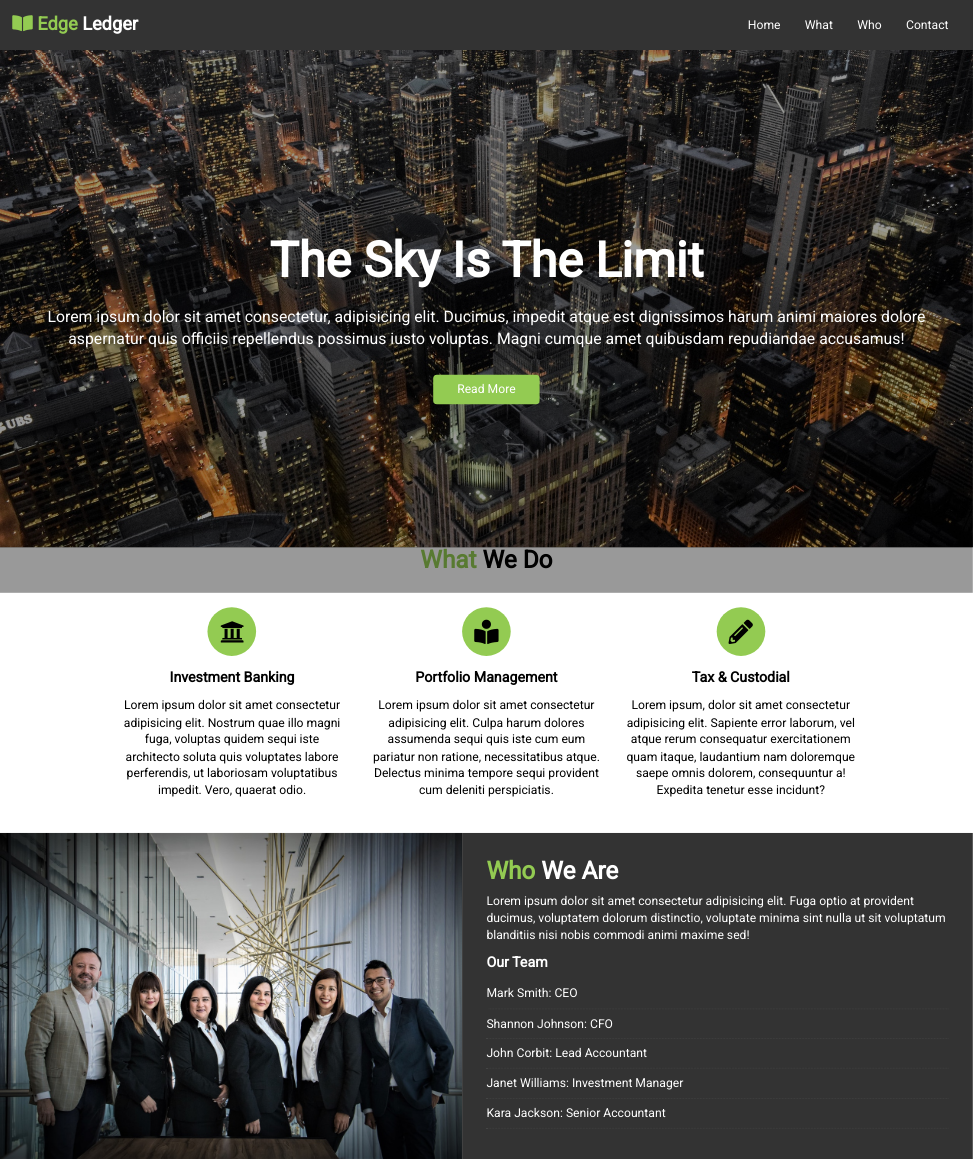
Repository: minhtien9/EdgeLedger-Financial-Web
Page: index.html
These files come from the project's save history. The page is drawn as it stood at one moment and after the next save; the edit follows.
The browser window is 1280 px wide. The pictures show the whole page, at 76% of full size.

Above is the page before, as saved 2021-08-16 22:37:48.

### index.html
<!DOCTYPE html>
<html lang="en">

<head>
    <meta charset="UTF-8" />
    <meta http-equiv="X-UA-Compatible" content="IE=edge" />
    <meta name="viewport" content="width=device-width, initial-scale=1.0" />
    <link rel="stylesheet" href="https://cdnjs.cloudflare.com/ajax/libs/font-awesome/5.15.4/css/all.min.css" integrity="sha512-1ycn6IcaQQ40/MKBW2W4Rhis/DbILU74C1vSrLJxCq57o941Ym01SwNsOMqvEBFlcgUa6xLiPY/NS5R+E6ztJQ==" crossorigin="anonymous" referrerpolicy="no-referrer"
    />
    <link rel="stylesheet" media="screen and (max-width:768px)" href="css/mobile.css" />
    <link rel="stylesheet" media="screen  and (min-width:1100)" href="css/widescreen.css" />
    <link rel="stylesheet" href="css/style.css" />
    <title>EdgeLedger Financial | Accounting & Investment</title>
</head>

<body id="home">
    <!-- Navbar -->
    <nav id="navbar">
        <h1 class="logo">
            <span class="text-primary"> <i class="fas fa-book-open"></i> Edge </span
        >Ledger
      </h1>
      <ul>
        <li><a href="#home">Home</a></li>
        <li><a href="#what">What</a></li>
        <li><a href="#who">Who</a></li>
        <li><a href="#contact">Contact</a></li>
      </ul>
    </nav>
    <!-- Header: Showcase -->
    <header id="showcase">
      <div class="showcase-content">
        <h1 class="l-heading">The Sky Is The Limit</h1>
        <p class="lead">
          Lorem ipsum dolor sit amet consectetur, adipisicing elit. Ducimus,
          impedit atque est dignissimos harum animi maiores dolore aspernatur
          quis officiis repellendus possimus iusto voluptas. Magni cumque amet
          quibusdam repudiandae accusamus!
        </p>
        <a href="#what" class="btn">Read More</a>
      </div>
    </header>
    <!-- Section: What We Do -->
    <section id="what" class="bg-ligh py-1">
      <div class="container">
        <h2 class="m-heading text-center">
          <span class="text-primary">What</span> We Do
            </h2>
            <div class="items">
                <div class="item">
                    <i class="fas fa-university fa-2x"></i>
                    <div>
                        <h3>Investment Banking</h3>
                        <p>
                            Lorem ipsum dolor sit amet consectetur adipisicing elit. Nostrum quae illo magni fuga, voluptas quidem sequi iste architecto soluta quis voluptates labore perferendis, ut laboriosam voluptatibus impedit. Vero, quaerat odio.
                        </p>
                    </div>
                </div>
                <div class="item">
                    <i class="fas fa-book-reader fa-2x"></i>
                    <div>
                        <h3>Portfolio Management</h3>
                        <p>
                            Lorem ipsum dolor sit amet consectetur adipisicing elit. Culpa harum dolores assumenda sequi quis iste cum eum pariatur non ratione, necessitatibus atque. Delectus minima tempore sequi provident cum deleniti perspiciatis.
                        </p>
                    </div>
                </div>
                <div class="item">
                    <i class="fas fa-pencil-alt fa-2x"></i>
                    <div>
                        <h3>Tax & Custodial</h3>
                        <p>
                            Lorem ipsum, dolor sit amet consectetur adipisicing elit. Sapiente error laborum, vel atque rerum consequatur exercitationem quam itaque, laudantium nam doloremque saepe omnis dolorem, consequuntur a! Expedita tenetur esse incidunt?
                        </p>
                    </div>
                </div>
            </div>
            </div>
            </section>

            <!-- Section :Who We Are -->
            <section id="who">
                <div class="who-img"></div>
                <div class="who-text bg-dark p-2">
                    <h2 class="m-heading"><span class="text-primary">Who</span> We Are</h2>
                    <p>
                        Lorem ipsum dolor sit amet consectetur adipisicing elit. Fuga optio at provident ducimus, voluptatem dolorum distinctio, voluptate minima sint nulla ut sit voluptatum blanditiis nisi nobis commodi animi maxime sed!
                    </p>
                    <h3>Our Team</h3>
                    <ul class="list">
                        <li>Mark Smith: CEO</li>
                        <li>Shannon Johnson: CFO</li>
                        <li>John Corbit: Lead Accountant</li>
                        <li>Janet Williams: Investment Manager</li>
                        <li>Kara Jackson: Senior Accountant</li>
                    </ul>
                </div>
            </section>
</body>

</html>

### css/style.css
@import url('https://fonts.googleapis.com/css2?family=Roboto&display=swap');
* {
    box-sizing: border-box;
    margin: 0;
    padding: 0;
}

body {
    font-family: 'Roboto', sans-serif;
    line-height: 1.4;
}

a {
    text-decoration: none;
}

p {
    margin: 0.75rem 0;
}


/* Utility Classes */

.container {
    max-width: 1100px;
    margin: auto;
    padding: 0 2rem;
    overflow: hidden;
}

.text-center {
    text-align: center;
}

.text-primary {
    color: #93cb52;
}

.bg-light {
    background: #f4f4f4;
    color: #333;
}

.bg-dark {
    background: #333;
    color: #fff;
}

.l-heading {
    font-size: 4rem;
    margin-bottom: 0.75rem;
    line-height: 1.1;
}

.m-heading {
    font-size: 2rem;
    margin-bottom: 0.75rem;
    line-height: 1.1;
}

.lead {
    font-size: 1.3rem;
    margin-bottom: 2rem;
}

.p-1 {
    padding: 1.5rem;
}

.p-2 {
    padding: 2rem;
}

.p-3 {
    padding: 3rem;
}

.btn {
    display: inline-block;
    color: #fff;
    background: #93cb52;
    padding: 0.5rem 2rem;
    border: none;
    border-radius: 5px;
}

.btn:hover {
    background: #7ab436;
}

.btn-dark {
    background: #333;
    color: #fff;
}

.list {
    margin: 0.5rem 0;
    list-style: none;
}

.list li {
    padding: 0.5rem 0;
    border-bottom: #444 dotted 1px;
}


/* Navbar */

#navbar {
    display: flex;
    top: 0;
    background: #333;
    color: #fff;
    justify-content: space-between;
    z-index: 1;
    padding: 1rem;
    position: fixed;
    width: 100%;
}

#navbar ul {
    display: flex;
    align-items: center;
    list-style: none;
}

#navbar ul li a {
    color: #fff;
    padding: 0.75rem;
    margin: 0 0.25rem;
}

#navbar ul li a:hover {
    background: #93cb52;
    border-radius: 5px;
}


/* Showcase */

#showcase {
    background: #333 url('../img/showcase.jpg') no-repeat center center/cover;
    height: 100vh;
    color: #fff;
}

#showcase .showcase-content {
    display: flex;
    flex-direction: column;
    text-align: center;
    justify-content: center;
    align-items: center;
    height: 100%;
    padding: 0 2rem;
    /* Overlay */
    position: absolute;
    top: 60px;
    left: 0;
    right: 0;
    bottom: 0;
    background-color: rgba(0, 0, 0, 0.4);
}


/* Section: What We Do */

#what .items {
    display: flex;
    padding: 1rem;
}

#what .items .item {
    flex: 1;
    text-align: center;
    padding: 1rem;
}

#what .items .item i {
    background: #93cb52;
    padding: 1rem;
    border-radius: 50%;
    margin-bottom: 1rem;
}


/* Section: Who We Are */

#who {
    display: flex;
}

#who div {
    flex: 1;
}

#who .who-img {
    background: url('../img/people.jpg') no-repeat center center/cover;
}

Loaded but not shown: css/mobile.css (no stored copy; drawn as an empty file); css/widescreen.css (no stored copy; drawn as an empty file)

After the next save:
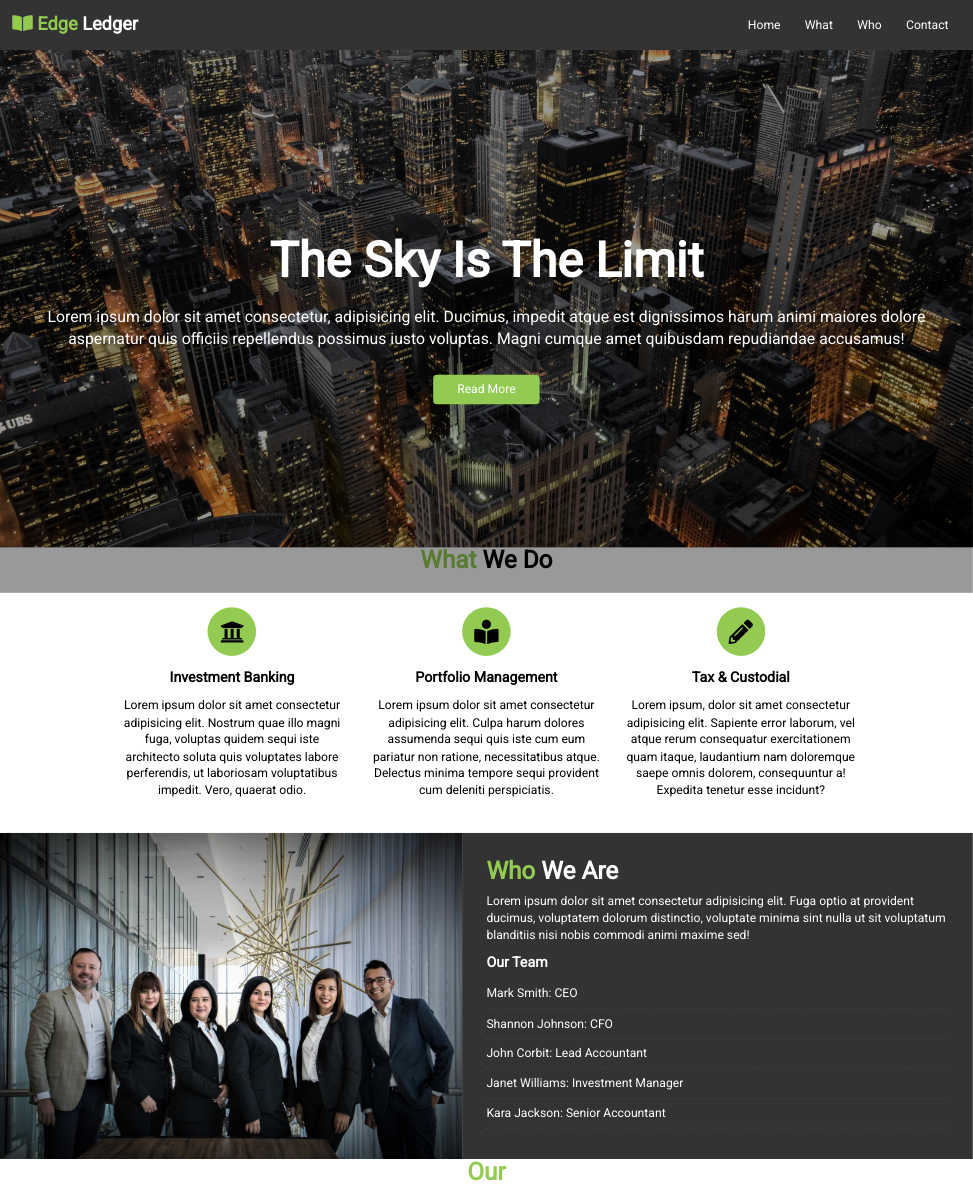
Saved 69 s later.
--- a/index.html
+++ b/index.html
@@ -96,6 +96,15 @@
                     </ul>
                 </div>
             </section>
+
+            <!-- Section: Clients -->
+            <section id="clients" class="py-1">
+                <div class="container">
+                    <h2 class="m-heading text-center">
+                        <span class="text-primary">Our</span>
+                    </h2>
+                </div>
+            </section>
 </body>
 
 </html>
